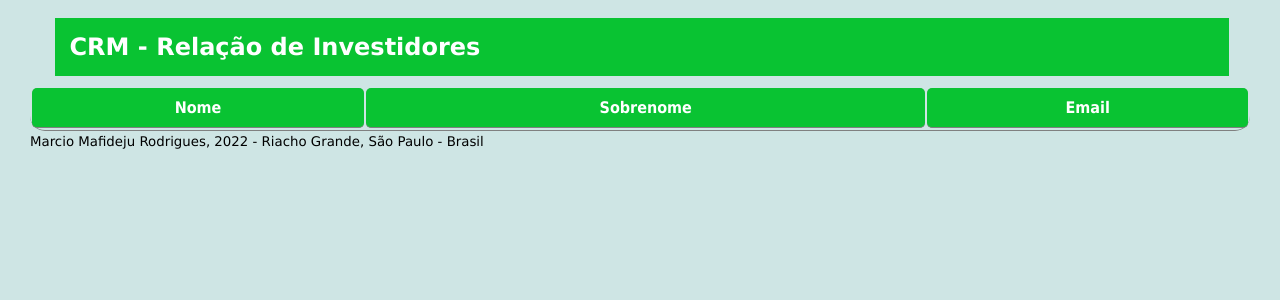
Repository: mafideju/CustomerTracker
Page: http://localhost/web-customer-tracker/WEB-INF/view/list-customers.jsp
An editor plug-in stored every save of this project. The page is shown before and after the next save, followed by the edit.
The browser window is 1280 px wide. The pictures show the whole page.
The page is served by Tomcat 9. Nobody is signed in. Other server files are loaded and not shown. The template is opened directly, without the code that normally fills it, so the values that code supplies are empty.

Above is the page before, as saved 2022-01-25 20:37:09.

### web-customer-tracker/WebContent/WEB-INF/view/list-customers.jsp
<%@ taglib uri="http://java.sun.com/jsp/jstl/core" prefix="c" %>

<!DOCTYPE html>
<html>
	<head>
		<title>Lista de Investidores</title>
		<link type="text/css" rel="stylesheet" href="${pageContext.request.contextPath}/resources/css/style.css">
	</head>

	<body>
		<main>

			<div id="wrapper"  style="display: flex; justify-content: center;">
				<div id="header">
					<h2>CRM - Relação de Investidores</h2>
				</div>
			</div>

			<div id="container">
				<div id="content">
					<table>
						<tr>
							<th>Nome</th>
							<th>Sobrenome</th>
							<th>Email</th>
						</tr>

						<c:forEach var="customer" items="${customers}">
							<tr>
								<td>${customer.firstName}</td>
								<td>${customer.lastName}</td>
								<td>${customer.email}</td>
							</tr>
						</c:forEach>

					</table>
				</div>
			</div>

		</main>
		<footer>
			<small>Marcio Mafideju Rodrigues, 2022 - Riacho Grande, São Paulo - Brasil</small>
		</footer>
	</body>
</html>

### web-customer-tracker/WebContent/resources/css/style.css
html, body{
	margin-left:15px;
	margin-right:15px;
	padding:0px;
	font-family:Verdana, Arial, Helvetica, sans-serif;
	background-color: #cee5e4;
}

table {
	border-radius: 15px;
	border-bottom:1px solid gray;
	font-family: Tahoma,Verdana,Segoe,sans-serif;
	width:100%;
}

th {
	border-bottom:1px solid gray;
	background:none repeat scroll 0 0 #09c332;
	padding:10px;
	color: #FFFFFF;
	border-radius: 5px;
}

tr {
	border-top:1px solid gray;
	text-align:center;
}

tr:nth-child(even) {background: #FFFFFF;}
tr:nth-child(odd) {background: #BBBBBB;}

.add-button {
	border: 1px solid #666;
	border-radius: 5px;
	padding: 4px;
	font-size: 12px;
	font-weight: bold;
	width: 120px;
	padding: 5px 10px;
	margin-bottom: 15px;
	background: #cccccc;
}

#wrapper {
	width: 100%;
	margin-top: 0px;
}

#header {
	width: 95%;
	background: #09c332;
	margin-left: 3px;
	margin-top: 10px;
	padding:15px 0px 15px 15px;
}

#header h2 {
	width: 100%;
	margin:auto;
	color: #FFFFFF;
}

#container {
	width: 100%;
	margin: auto
}

#container h3 {
	color: #000;
}

#container #content {
	margin-top: 10px;
}

After the next save:
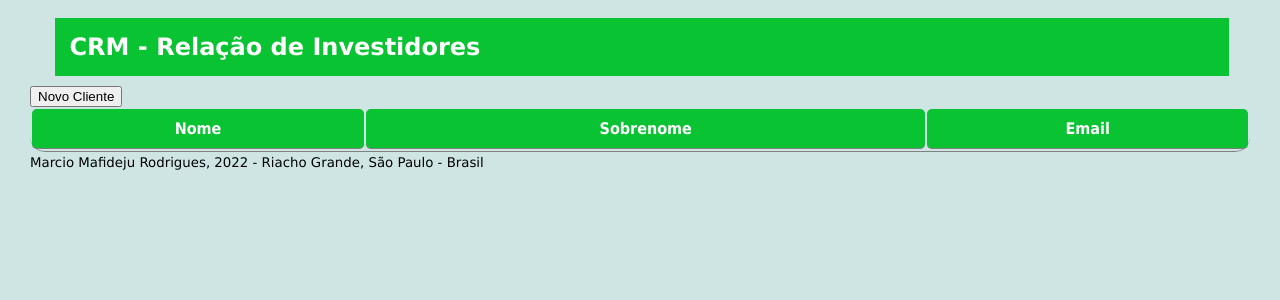
Saved 15 h 28 min later.
--- a/web-customer-tracker/WebContent/WEB-INF/view/list-customers.jsp
+++ b/web-customer-tracker/WebContent/WEB-INF/view/list-customers.jsp
@@ -18,6 +18,9 @@
 
 			<div id="container">
 				<div id="content">
+
+				<input type="button" value="Novo Cliente" onclick="window.location.href='showAddForm'; return false;" />
+
 					<table>
 						<tr>
 							<th>Nome</th>
